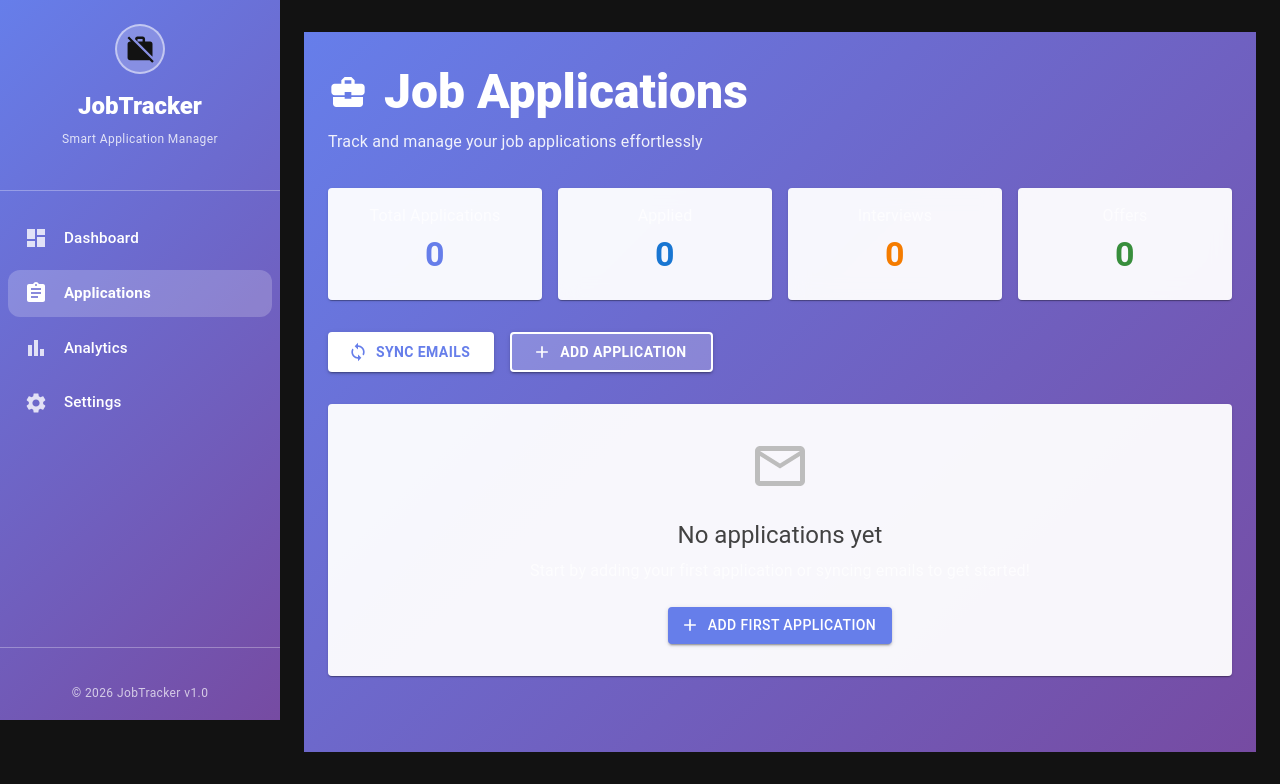
Repository: Poorna-Chandra-D/Smart-Job-Application-Tracker
Page: /applications (app in frontend/)
The author's editor kept a copy of each file at every save. The page is drawn from the files as they stood at one save, then again after the next save.
The browser window is 1280 px wide. The pictures show the whole page.
The page's requests for data from a server got no answer. The project was rebuilt for these pictures with package versions that can differ from the ones it lists, and the page was loaded fresh each time. No one was signed in, and anything a server would have sent is missing. Also part of the build but not shown: frontend/src/pages/Dashboard.tsx, frontend/src/pages/Analytics.tsx, frontend/src/pages/Settings.tsx.

Above is the page before, as saved 2026-01-05 19:59:12.

### frontend/public/index.html
<!DOCTYPE html>
<html lang="en">
  <head>
    <meta charset="utf-8" />
    <meta name="viewport" content="width=device-width, initial-scale=1" />
    <meta name="theme-color" content="#000000" />
    <meta
      name="description"
      content="Smart Job Application Tracker - Track your job applications automatically"
    />
    <title>Job Tracker</title>
  </head>
  <body>
    <noscript>You need to enable JavaScript to run this app.</noscript>
    <div id="root"></div>
  </body>
</html>

### frontend/src/index.tsx
import React from 'react';
import ReactDOM from 'react-dom/client';
import { BrowserRouter as Router } from 'react-router-dom';
import { ThemeProvider, createTheme, CssBaseline } from '@mui/material';
import App from './App';

const darkTheme = createTheme({
  palette: {
    mode: 'dark',
    primary: {
      main: '#1976d2',
    },
    secondary: {
      main: '#f50057',
    },
  },
});

const root = ReactDOM.createRoot(document.getElementById('root') as HTMLElement);
root.render(
  <React.StrictMode>
    <ThemeProvider theme={darkTheme}>
      <CssBaseline />
      <Router>
        <App />
      </Router>
    </ThemeProvider>
  </React.StrictMode>
);

### frontend/src/App.tsx
import { Routes, Route } from 'react-router-dom';
import { Container, Box } from '@mui/material';
import Navigation from './components/Navigation';
import Dashboard from './pages/Dashboard';
import ApplicationTracker from './pages/ApplicationTracker';
import Analytics from './pages/Analytics';
import Settings from './pages/Settings';

function App() {
  return (
    <Box sx={{ display: 'flex', minHeight: '100vh' }}>
      <Navigation />
      <Container maxWidth="lg" sx={{ py: 4, flex: 1 }}>
        <Routes>
          <Route path="/" element={<Dashboard />} />
          <Route path="/applications" element={<ApplicationTracker />} />
          <Route path="/analytics" element={<Analytics />} />
          <Route path="/settings" element={<Settings />} />
        </Routes>
      </Container>
    </Box>
  );
}

export default App;

### frontend/src/components/Navigation.tsx
import { Link as RouterLink, useLocation } from 'react-router-dom';
import {
  Drawer,
  List,
  ListItem,
  ListItemButton,
  ListItemIcon,
  ListItemText,
  Box,
  Typography,
  Avatar,
  Divider,
} from '@mui/material';
import {
  Dashboard as DashboardIcon,
  Assignment as ApplicationsIcon,
  BarChart as AnalyticsIcon,
  Settings as SettingsIcon,
  WorkOff as LogoIcon,
} from '@mui/icons-material';

const Navigation: React.FC = () => {
  const location = useLocation();

  const menuItems = [
    { text: 'Dashboard', icon: <DashboardIcon />, path: '/' },
    { text: 'Applications', icon: <ApplicationsIcon />, path: '/applications' },
    { text: 'Analytics', icon: <AnalyticsIcon />, path: '/analytics' },
    { text: 'Settings', icon: <SettingsIcon />, path: '/settings' },
  ];

  return (
    <Drawer
      variant="permanent"
      sx={{
        width: 280,
        flexShrink: 0,
        '& .MuiDrawer-paper': {
          width: 280,
          boxSizing: 'border-box',
          background: 'linear-gradient(135deg, #667eea 0%, #764ba2 100%)',
          color: '#fff',
          borderRight: 'none',
        },
      }}
    >
      {/* Header */}
      <Box sx={{ p: 3, textAlign: 'center' }}>
        <Box sx={{ display: 'flex', alignItems: 'center', justifyContent: 'center', gap: 1, mb: 2 }}>
          <Avatar
            sx={{
              background: 'rgba(255,255,255,0.2)',
              width: 50,
              height: 50,
              border: '2px solid rgba(255,255,255,0.5)'
            }}
          >
            <LogoIcon sx={{ fontSize: 30 }} />
          </Avatar>
        </Box>
        <Typography variant="h5" sx={{ fontWeight: 800, mb: 0.5 }}>
          JobTracker
        </Typography>
        <Typography variant="caption" sx={{ color: 'rgba(255,255,255,0.8)' }}>
          Smart Application Manager
        </Typography>
      </Box>

      <Divider sx={{ background: 'rgba(255,255,255,0.2)', my: 2 }} />

      {/* Menu Items */}
      <List sx={{ px: 1, flex: 1 }}>
        {menuItems.map((item) => {
          const isActive = location.pathname === item.path;
          return (
            <ListItem key={item.text} disablePadding sx={{ mb: 1 }}>
              <ListItemButton
                component={RouterLink}
                to={item.path}
                sx={{
                  borderRadius: '12px',
                  background: isActive ? 'rgba(255,255,255,0.2)' : 'transparent',
                  color: '#fff',
                  transition: 'all 0.3s ease',
                  '&:hover': {
                    background: 'rgba(255,255,255,0.15)',
                    transform: 'translateX(4px)',
                  },
                  pl: 2,
                }}
              >
                <ListItemIcon
                  sx={{
                    color: isActive ? '#fff' : 'rgba(255,255,255,0.8)',
                    minWidth: 40,
                  }}
                >
                  {item.icon}
                </ListItemIcon>
                <ListItemText
                  primary={item.text}
                  primaryTypographyProps={{
                    fontWeight: isActive ? 700 : 500,
                    fontSize: '0.95rem',
                  }}
                />
              </ListItemButton>
            </ListItem>
          );
        })}
      </List>

      <Divider sx={{ background: 'rgba(255,255,255,0.2)', my: 2 }} />

      {/* Footer */}
      <Box sx={{ p: 2, textAlign: 'center' }}>
        <Typography variant="caption" sx={{ color: 'rgba(255,255,255,0.7)' }}>
          © 2026 JobTracker v1.0
        </Typography>
      </Box>
    </Drawer>
  );
};

export default Navigation;

### frontend/src/services/api.ts
import axios from 'axios';

// Determine API base URL - use window.location for relative URLs
const getApiBaseUrl = () => {
  const envUrl = process.env.REACT_APP_API_BASE_URL;
  if (envUrl) {
    return envUrl;
  }
  // Fallback: use the same host as frontend but different port
  return `${window.location.protocol}//${window.location.hostname}:5001/api`;
};

export const API_BASE_URL = getApiBaseUrl();

console.log('API Base URL:', API_BASE_URL);

const apiClient = axios.create({
  baseURL: API_BASE_URL,
});

// Add token to requests
apiClient.interceptors.request.use((config) => {
  const token = localStorage.getItem('token');
  if (token) {
    config.headers.Authorization = `Bearer ${token}`;
  }
  console.log('Request:', config.method?.toUpperCase(), config.url);
  return config;
});

// Add error logging
apiClient.interceptors.response.use(
  (response) => response,
  (error) => {
    console.error('API Error:', error.response?.status, error.response?.data || error.message);
    return Promise.reject(error);
  }
);

export const applicationService = {
  getAll: () => apiClient.get('/applications'),
  getById: (id: number) => apiClient.get(`/applications/${id}`),
  create: (data: any) => apiClient.post('/applications', data),
  update: (id: number, data: any) => apiClient.put(`/applications/${id}`, data),
  delete: (id: number) => apiClient.delete(`/applications/${id}`),
};

export const analyticsService = {
  getSummary: () => apiClient.get('/analytics/summary'),
  getWeeklyData: () => apiClient.get('/analytics/applications-per-week'),
};

export const emailService = {
  connectGmail: () => apiClient.get('/email/gmail'),
  connectOutlook: () => apiClient.get('/email/outlook'),
  syncEmails: () => apiClient.post('/email/sync'),
};

export const authService = {
  logout: () => apiClient.post('/auth/logout'),
};

export default apiClient;

Loaded but not shown: frontend/src/pages/ApplicationTracker.tsx (495 lines, source omitted)

After the next save:
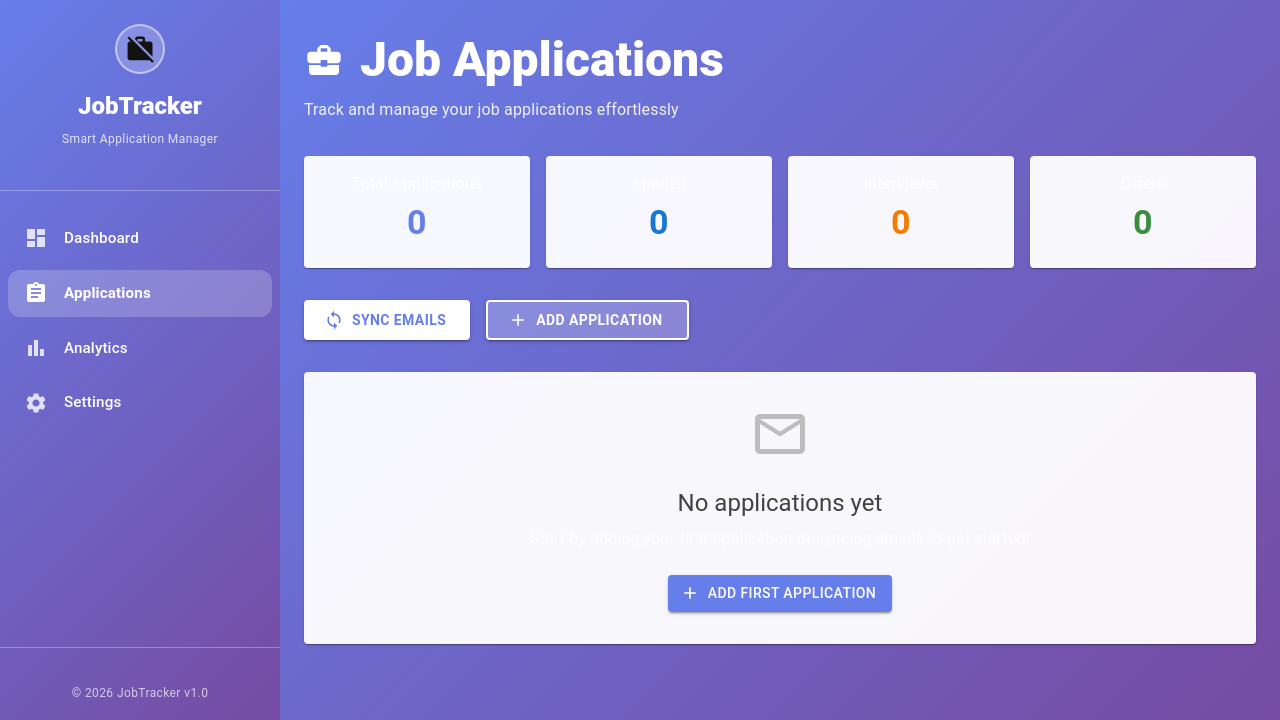
Saved 4 s later.
--- a/frontend/src/App.tsx
+++ b/frontend/src/App.tsx
@@ -1,5 +1,5 @@
 import { Routes, Route } from 'react-router-dom';
-import { Container, Box } from '@mui/material';
+import { Box } from '@mui/material';
 import Navigation from './components/Navigation';
 import Dashboard from './pages/Dashboard';
 import ApplicationTracker from './pages/ApplicationTracker';
@@ -8,16 +8,16 @@ import Settings from './pages/Settings';
 
 function App() {
   return (
-    <Box sx={{ display: 'flex', minHeight: '100vh' }}>
+    <Box sx={{ display: 'flex', minHeight: '100vh', background: '#f8f9fa' }}>
       <Navigation />
-      <Container maxWidth="lg" sx={{ py: 4, flex: 1 }}>
+      <Box sx={{ flex: 1, overflow: 'auto' }}>
         <Routes>
           <Route path="/" element={<Dashboard />} />
           <Route path="/applications" element={<ApplicationTracker />} />
           <Route path="/analytics" element={<Analytics />} />
           <Route path="/settings" element={<Settings />} />
         </Routes>
-      </Container>
+      </Box>
     </Box>
   );
 }
